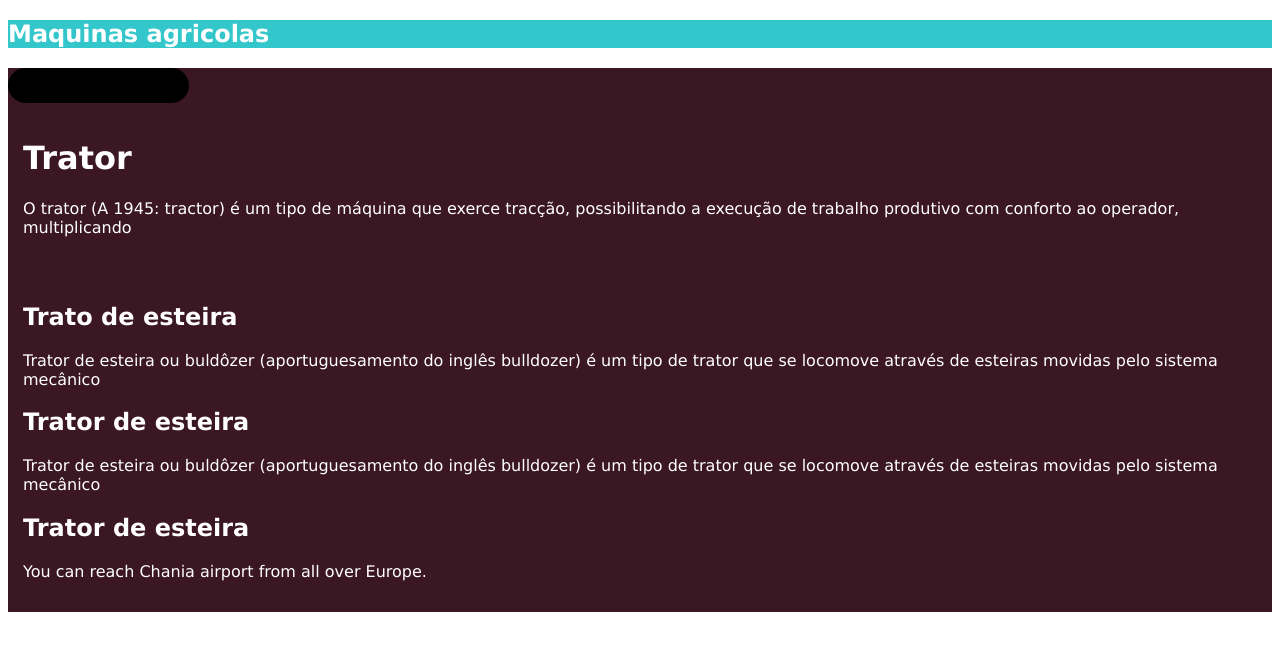
Repository: ecrseer/pesquisa-carros-html
Page: news.html
An editor plug-in stored every save of this project. The page is shown before and after a run of saves, followed by the edit.
The browser window is 1280 px wide. The pictures show the whole page.

Above is the page before, as saved 2022-01-21 16:18:32.
Console error: TypeError: Cannot read properties of undefined (reading 'fn')

After the next 3 saves:
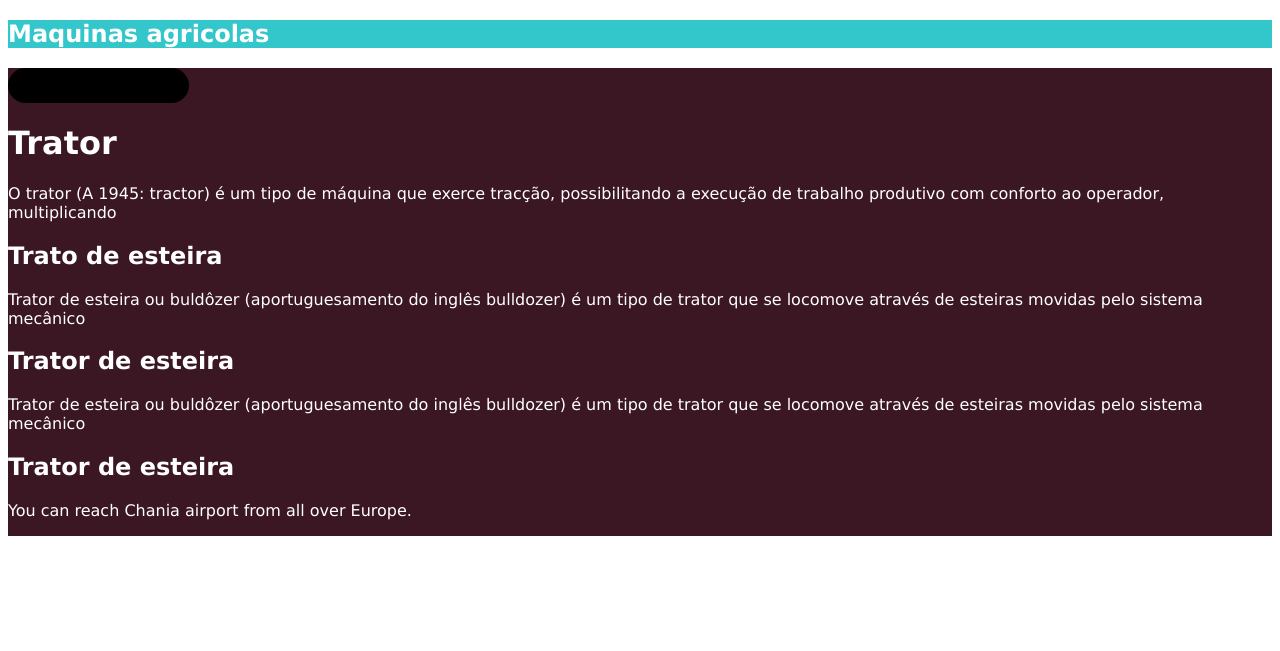
The 3 saves are shown as one change because they came seconds apart.
The last was saved 21 s later.
--- a/news.css
+++ b/news.css
@@ -27,10 +27,7 @@
     display: table;
   }
 
-  [class*="col-"] {
-    float: left;
-    padding: 15px;
-  }
+
 
 
   .header {
